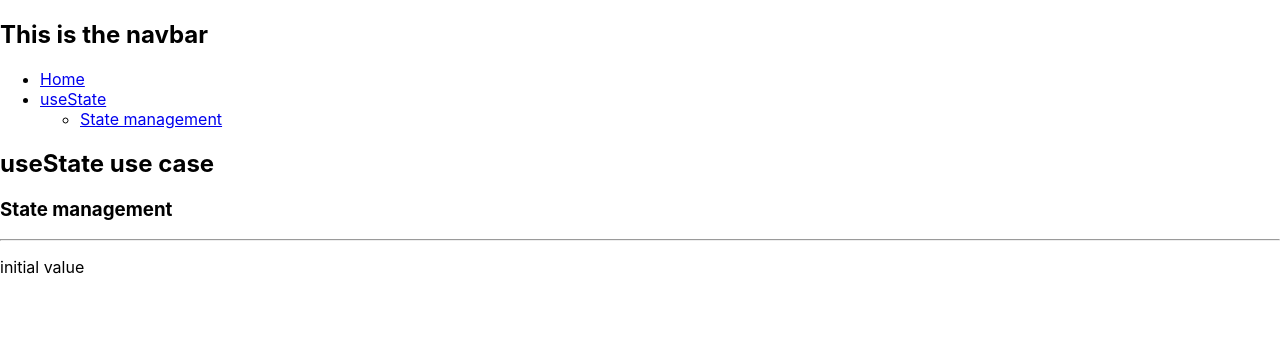
Repository: Colo-Codes/react-hooks-use-cases
Page: /usestate/state-management
An editor plug-in stored every save of this project. The page is shown before and after the next save, followed by the edit.
The browser window is 1280 px wide. The pictures show the whole page.
The project was rebuilt for these pictures with package versions that can differ from the ones it lists, and the page was loaded fresh each time. Also part of the build but not shown: src/App.css, src/components/Home/Home.js, src/components/UseCaseUseState/UseCaseUseState.js.

Above is the page before, as saved 2021-09-07 09:14:47.

### src/App.js
import './App.css';
import { BrowserRouter as Router, Route, Switch } from 'react-router-dom';
import React from 'react';
import Home from './components/Home/Home';
import UseCaseUseState from './components/UseCaseUseState/UseCaseUseState';
import Navbar from './components/Navbar/Navbar';
import UseCaseStateManagement from './components/UseCaseUseState/UseCaseStateManagement/UseCaseStateManagement';

function App() {
  return (
    <Router>
      <Navbar />
      <Switch>
        <Route exact path="/">
          <Home />
        </Route>
        <Route exact path="/usestate">
          <UseCaseUseState />
        </Route>
        <Route path="/usestate/state-management">
          <UseCaseStateManagement />
        </Route>
      </Switch>
    </Router>
  );
};

export default App;

### src/components/Navbar/Navbar.js
import { Link } from "react-router-dom";

const Navbar = props => {
    return (
        <nav>
            <h1>This is the navbar</h1>
            <ul>
                <li><Link to="/">Home</Link></li>
                <li><Link to="/usestate">useState</Link>
                    <ul>
                        <li><Link to="/usestate/state-management">State management</Link></li>
                    </ul>
                </li>
            </ul>
        </nav>
    );
};

export default Navbar;

### src/components/UseCaseUseState/UseCaseStateManagement/UseCaseStateManagement.js
import { useState } from "react";

const UseCaseStateManagement = props => {
    const [state, setState] = useState('initial value');

    // const clickHandler = () => {
    //     setState('new value');
    //     console.log(state);
    // };

    return (
        <>
            <h2>useState use case</h2>
            <h3>State management</h3>
            <hr />
            {/* <button onClick={clickHandler}>Set state</button> */}
            <p>{state}</p>
        </>
    );
};

export default UseCaseStateManagement;

Loaded but not shown: public/index.html (common file); src/index.js (common file); src/index.css (common file); src/reportWebVitals.js (common file)

After the next save:
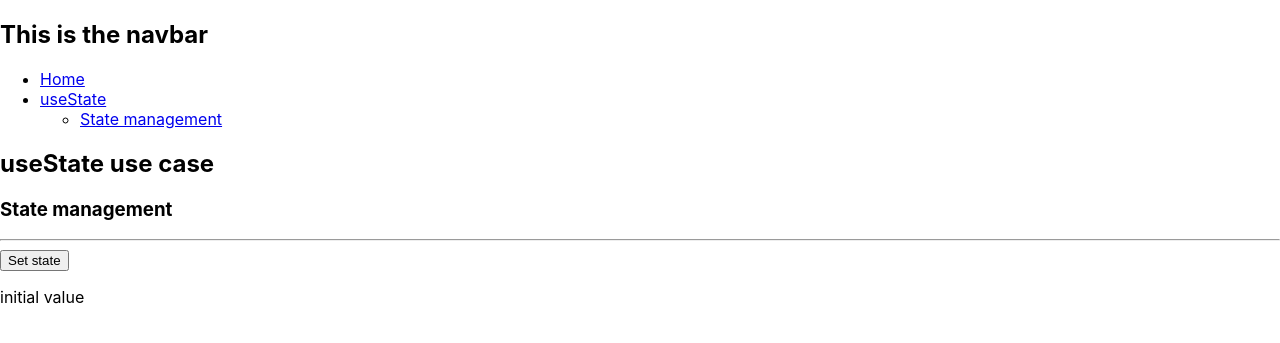
Saved 10 s later.
--- a/src/components/UseCaseUseState/UseCaseStateManagement/UseCaseStateManagement.js
+++ b/src/components/UseCaseUseState/UseCaseStateManagement/UseCaseStateManagement.js
@@ -3,17 +3,17 @@ import { useState } from "react";
 const UseCaseStateManagement = props => {
     const [state, setState] = useState('initial value');
 
-    // const clickHandler = () => {
-    //     setState('new value');
-    //     console.log(state);
-    // };
+    const clickHandler = () => {
+        setState('new value');
+        console.log(state);
+    };
 
     return (
         <>
             <h2>useState use case</h2>
             <h3>State management</h3>
             <hr />
-            {/* <button onClick={clickHandler}>Set state</button> */}
+            <button onClick={clickHandler}>Set state</button>
             <p>{state}</p>
         </>
     );
